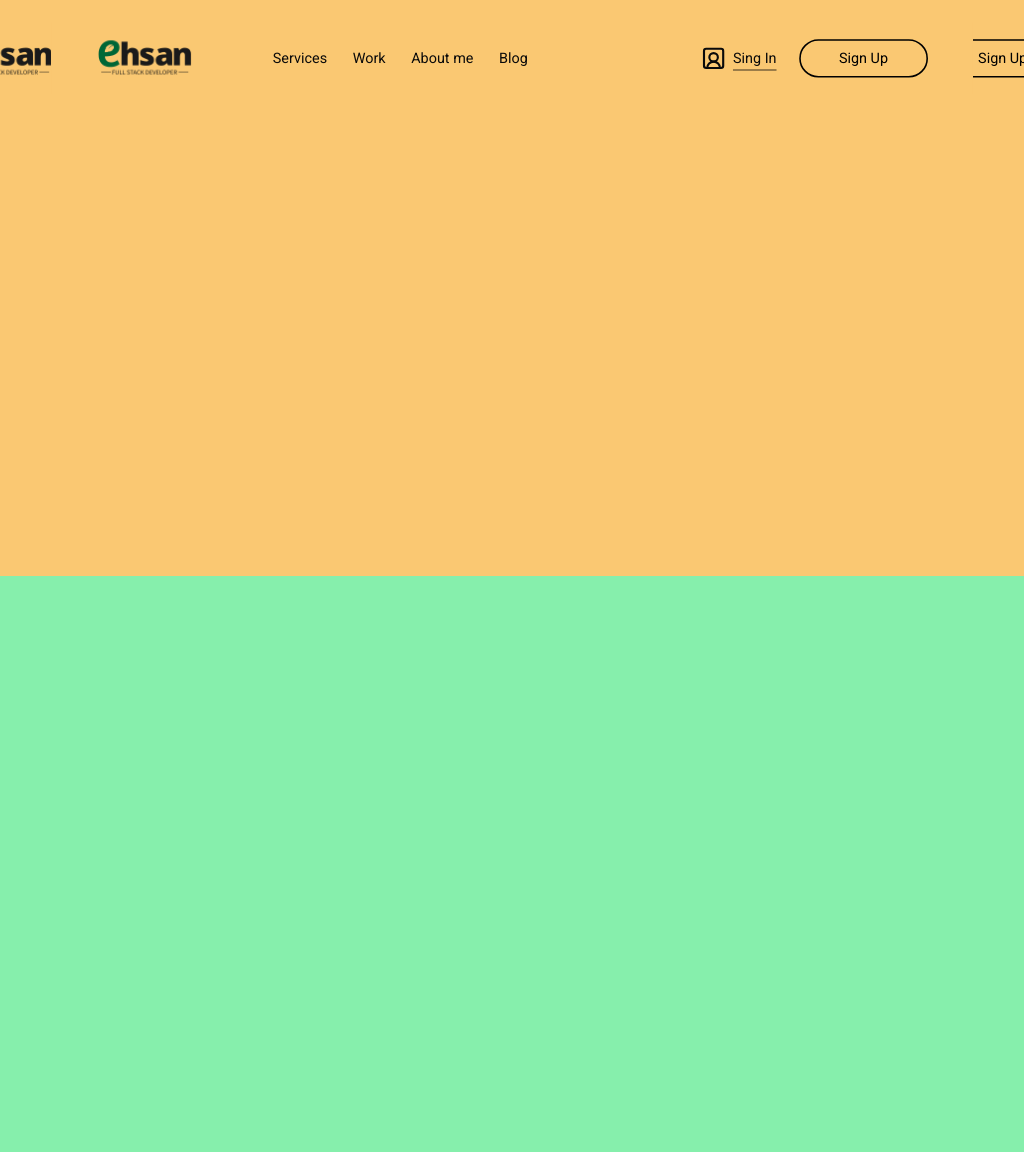
Repository: FrontendProjectsNL/mijn-portfolio-project
Page: /exercise
An editor plug-in stored every save of this project. The page is shown before and after the next save, followed by the edit.
The browser window is 1280 px wide. The pictures show the whole page, at 80% of full size.
The project was rebuilt for these pictures with package versions that can differ from the ones it lists, and the page was loaded fresh each time. The framework's server and built-in components were replaced by stand-ins that run in the browser. Also part of the build but not shown: next.config.mjs.

Above is the page before, as saved 2024-10-27 13:12:32.

### app/layout.tsx
import type { Metadata } from 'next';
import localFont from 'next/font/local';

import { Roboto, Fira_Code, HelveticaNowDisplay } from 'next/font/google';

import './globals.css';
import Header from './components/Header';
import Container from './components/Container';

// const geistSans = localFont({
//   src: './fonts/GeistVF.woff',
//   variable: '--font-geist-sans',
//   weight: '100 900',
// });
// const geistMono = localFont({
//   src: './fonts/GeistMonoVF.woff',
//   variable: '--font-geist-mono',
//   weight: '100 900',
// });

const roboto = Roboto({
  subsets: ['latin'],
  weight: ['300', '400', '500', '700'],
  variable: '--font-roboto',
});

const firaCode = Fira_Code({
  subsets: ['latin'],
  weight: ['300', '400', '500', '700'],
  variable: '--font-fira-code',
});

export const metadata: Metadata = {
  title: 'Create Next App',
  description: 'Generated by create next app',
};

export default function RootLayout({
  children,
}: Readonly<{
  children: React.ReactNode;
}>) {
  return (
    <html lang="en">
      <body className={`${roboto.variable} ${firaCode.variable}  antialiased `}>
        <Container>
          <Header />
          {children}
        </Container>
      </body>
    </html>
  );
}

### app/exercise/page.tsx
'use client';

import Image from 'next/image';
import Link from 'next/link';
import { useEffect, useState } from 'react';
import logo from '/public/EhsanLogo-transparent.png';
import { Button } from '@/components/ui/button';
import { CircleUser, SquareUserRound, User } from 'lucide-react';

interface PageProps {}

const Page: React.FC<PageProps> = () => {
  const [isShrunk, setIsShrunk] = useState<boolean>(false);

  useEffect(() => {
    const handleScroll = () => {
      if (window.scrollY > 70) {
        setIsShrunk(true);
      } else {
        setIsShrunk(false);
      }
    };

    window.addEventListener('scroll', handleScroll);

    return () => {
      window.removeEventListener('scroll', handleScroll);
    };
  }, []);

  return (
    // <div className="max-w-8xl w-full font-roboto mx-auto">
    <div className="">
      <nav
        className={`px-14 fixed transition-all duration-300 ease-linear bg-[#FAC872] flex justify-between items-center ${
          isShrunk
            ? 'h-[75px] w-[70%] rounded-3xl mx-auto top-5'
            : 'h-[90px] w-[90%] opacity-100 top-7'
        }`}
        style={{
          left: '50%',
          transform: 'translateX(-50%)', // Center horizontally
        }}
      >
        <div className="flex items-center ">
          <Link href={'/'} className="font-medium text-lg mr-20">
            <Image src={logo} width={125} height={50} />
          </Link>
          <ul className="flex">
            <li>
              <Link href="" className="px-4 py-2 cursor text-lg  font-roboto">
                Services
              </Link>
            </li>
            <li>
              <Link href="" className="px-4 py-2 cursor text-lg  font-roboto">
                Work
              </Link>
            </li>
            <li>
              <Link href="" className="px-4 py-2 cursor text-lg font-roboto">
                About me
              </Link>
            </li>
            <li>
              <Link href="" className="px-4 py-2 cursor text-lg font-roboto">
                Blog
              </Link>
            </li>
          </ul>
        </div>
        <div className="flex items-center gap-3">
          <Link
            href={'/'}
            className="flex items-center gap-2 text-lg  font-roboto mr-4 underline underline-offset-8"
          >
            <SquareUserRound className="w-8 h-8 transition-transform duration-300 ease-in-out hover:scale-125 font-normal" />
            {/* <CircleUser className="w-8 h-8 transition-transform duration-300 ease-in-out hover:scale-125" /> */}

            {/* <User className="w-8 h-8 transition-transform duration-300 ease-in-out hover:scale-125" /> */}
            <span className="relative transform duration-700 group-hover:-translate-x-3">
              Sing In
            </span>
          </Link>

          <button className="font-roboto group relative inline-flex items-center overflow-hidden rounded-full border-2 border-black px-12 py-2 text-lg text-black hover:bg-gray-50 hover:text-white">
            <span className="duration-400 ease absolute left-0 top-1/2 block h-0 w-full bg-[#f27d4b] opacity-100 transition-all group-hover:top-0 group-hover:h-full"></span>
            <span className="ease absolute right-0 flex h-10 w-10 translate-x-full transform items-center justify-start duration-500 group-hover:-translate-x-2">
              <svg
                className="h-5 w-5"
                fill="none"
                stroke="currentColor"
                viewBox="0 0 24 24"
                xmlns="http://www.w3.org/2000/svg"
              >
                <path
                  stroke-linecap="round"
                  stroke-linejoin="round"
                  stroke-width="2"
                  d="M14 5l7 7m0 0l-7 7m7-7H3"
                ></path>
              </svg>
            </span>
            <span className="relative transform duration-700 group-hover:-translate-x-3">
              Sign Up
            </span>
          </button>
        </div>
      </nav>

      <section className="w-full h-screen bg-[#FAC872]"></section>
      <section className="w-full h-screen bg-green-300"></section>
    </div>
  );
};

export default Page;

### app/globals.css
@tailwind base;
@tailwind components;
@tailwind utilities;

body {
  font-family: Arial, Helvetica, sans-serif;
}

@layer utilities {
  .text-balance {
    text-wrap: balance;
  }
}

@layer base {
  :root {
    --background: 0 0% 100%;
    --foreground: 0 0% 3.9%;
    --card: 0 0% 100%;
    --card-foreground: 0 0% 3.9%;
    --popover: 0 0% 100%;
    --popover-foreground: 0 0% 3.9%;
    --primary: 0 0% 9%;
    --primary-foreground: 0 0% 98%;
    --secondary: 0 0% 96.1%;
    --secondary-foreground: 0 0% 9%;
    --muted: 0 0% 96.1%;
    --muted-foreground: 0 0% 45.1%;
    --accent: 0 0% 96.1%;
    --accent-foreground: 0 0% 9%;
    --destructive: 0 84.2% 60.2%;
    --destructive-foreground: 0 0% 98%;
    --border: 0 0% 89.8%;
    --input: 0 0% 89.8%;
    --ring: 0 0% 3.9%;
    --chart-1: 12 76% 61%;
    --chart-2: 173 58% 39%;
    --chart-3: 197 37% 24%;
    --chart-4: 43 74% 66%;
    --chart-5: 27 87% 67%;
    --radius: 0.5rem;
  }
  .dark {
    --background: 0 0% 3.9%;
    --foreground: 0 0% 98%;
    --card: 0 0% 3.9%;
    --card-foreground: 0 0% 98%;
    --popover: 0 0% 3.9%;
    --popover-foreground: 0 0% 98%;
    --primary: 0 0% 98%;
    --primary-foreground: 0 0% 9%;
    --secondary: 0 0% 14.9%;
    --secondary-foreground: 0 0% 98%;
    --muted: 0 0% 14.9%;
    --muted-foreground: 0 0% 63.9%;
    --accent: 0 0% 14.9%;
    --accent-foreground: 0 0% 98%;
    --destructive: 0 62.8% 30.6%;
    --destructive-foreground: 0 0% 98%;
    --border: 0 0% 14.9%;
    --input: 0 0% 14.9%;
    --ring: 0 0% 83.1%;
    --chart-1: 220 70% 50%;
    --chart-2: 160 60% 45%;
    --chart-3: 30 80% 55%;
    --chart-4: 280 65% 60%;
    --chart-5: 340 75% 55%;
  }
}

@layer base {
  * {
    @apply border-border;
  }
  body {
    @apply bg-background text-foreground;
  }
}

@keyframes fill-up {
  0% {
    background-position: 0 100%;
  }
  100% {
    background-position: 0 0;
  }
}

### app/components/Header.tsx
'use client';

import Image from 'next/image';
import Link from 'next/link';
import { useEffect, useState } from 'react';
import logo from '/public/EhsanLogo-transparent.png';
import { CircleUser, SquareUserRound, User } from 'lucide-react';

const Header = () => {
  const [isShrunk, setIsShrunk] = useState<boolean>(false);

  useEffect(() => {
    const handleScroll = () => {
      if (window.scrollY > 70) {
        setIsShrunk(true);
      } else {
        setIsShrunk(false);
      }
    };

    window.addEventListener('scroll', handleScroll);

    return () => {
      window.removeEventListener('scroll', handleScroll);
    };
  }, []);

  return (
    <nav
      className={`px-14 fixed transition-all duration-300 ease-linear bg-[#FAC872] flex justify-between items-center ${
        isShrunk
          ? 'h-[75px] w-[70%] rounded-3xl mx-auto top-5'
          : 'h-[90px] w-[1500px] opacity-100 top-7'
      }`}
      style={{
        left: '50%',
        transform: 'translateX(-50%)', // Center horizontally
      }}
    >
      <div className="flex items-center ">
        <Link href={'/'} className="font-medium text-lg mr-20">
          <Image src={logo} width={125} height={50} />
        </Link>
        <ul className="flex">
          <li>
            <Link href="" className="px-4 py-2 cursor text-lg  font-roboto">
              Services
            </Link>
          </li>
          <li>
            <Link href="" className="px-4 py-2 cursor text-lg  font-roboto">
              Work
            </Link>
          </li>
          <li>
            <Link href="" className="px-4 py-2 cursor text-lg font-roboto">
              About me
            </Link>
          </li>
          <li>
            <Link href="" className="px-4 py-2 cursor text-lg font-roboto">
              Blog
            </Link>
          </li>
        </ul>
      </div>
      <div className="flex items-center gap-3">
        <Link
          href={'/'}
          className="flex items-center gap-2 text-lg  font-roboto mr-4 underline underline-offset-8"
        >
          <SquareUserRound className="w-8 h-8 transition-transform duration-300 ease-in-out hover:scale-125 font-normal" />
          {/* <CircleUser className="w-8 h-8 transition-transform duration-300 ease-in-out hover:scale-125" /> */}

          {/* <User className="w-8 h-8 transition-transform duration-300 ease-in-out hover:scale-125" /> */}
          <span className="relative transform duration-700 group-hover:-translate-x-3">
            Sing In
          </span>
        </Link>

        <button className="font-roboto group relative inline-flex items-center overflow-hidden rounded-full border-2 border-black px-12 py-2 text-lg text-black hover:bg-gray-50 hover:text-white">
          <span className="duration-400 ease absolute left-0 top-1/2 block h-0 w-full bg-[#f27d4b] opacity-100 transition-all group-hover:top-0 group-hover:h-full"></span>
          <span className="ease absolute right-0 flex h-10 w-10 translate-x-full transform items-center justify-start duration-500 group-hover:-translate-x-2">
            <svg
              className="h-5 w-5"
              fill="none"
              stroke="currentColor"
              viewBox="0 0 24 24"
              xmlns="http://www.w3.org/2000/svg"
            >
              <path
                stroke-linecap="round"
                stroke-linejoin="round"
                stroke-width="2"
                d="M14 5l7 7m0 0l-7 7m7-7H3"
              ></path>
            </svg>
          </span>
          <span className="relative transform duration-700 group-hover:-translate-x-3">
            Sign Up
          </span>
        </button>
      </div>
    </nav>
  );
};

export default Header;

### app/components/Container.tsx
interface ContainerProps {
  children: React.ReactNode;
}

const Container: React.FC<ContainerProps> = ({ children }) => {
  return <div className="relative max-w-[1500px] mx-auto">{children}</div>;
};

export default Container;

### tailwind.config.ts
import { Roboto } from 'next/font/google';
import type { Config } from 'tailwindcss';

const config: Config = {
  darkMode: ['class'],
  content: [
    './pages/**/*.{js,ts,jsx,tsx,mdx}',
    './components/**/*.{js,ts,jsx,tsx,mdx}',
    './app/**/*.{js,ts,jsx,tsx,mdx}',
  ],

  theme: {
    extend: {
      // You can define custom animations here
      // keyframes: {
      //   slideKeyframe: {
      //     '0%': { transform: 'translateX(0)' },
      //     '100%': { transform: 'translateX(100%)' },
      //   },
      // },
      // animation: {
      //   slideAnimation: 'slideKeyframe 0.5s ease-in-out',
      // },
      fontFamily: {
        roboto: ['var(--font-roboto)', 'sans-serif'],
        firaCode: ['var(--font-fira-code)', 'monospace'],
      },
      colors: {
        background: 'hsl(var(--background))',
        foreground: 'hsl(var(--foreground))',
        card: {
          DEFAULT: 'hsl(var(--card))',
          foreground: 'hsl(var(--card-foreground))',
        },
        popover: {
          DEFAULT: 'hsl(var(--popover))',
          foreground: 'hsl(var(--popover-foreground))',
        },
        primary: {
          DEFAULT: 'hsl(var(--primary))',
          foreground: 'hsl(var(--primary-foreground))',
        },
        secondary: {
          DEFAULT: 'hsl(var(--secondary))',
          foreground: 'hsl(var(--secondary-foreground))',
        },
        muted: {
          DEFAULT: 'hsl(var(--muted))',
          foreground: 'hsl(var(--muted-foreground))',
        },
        accent: {
          DEFAULT: 'hsl(var(--accent))',
          foreground: 'hsl(var(--accent-foreground))',
        },
        destructive: {
          DEFAULT: 'hsl(var(--destructive))',
          foreground: 'hsl(var(--destructive-foreground))',
        },
        border: 'hsl(var(--border))',
        input: 'hsl(var(--input))',
        ring: 'hsl(var(--ring))',
        chart: {
          '1': 'hsl(var(--chart-1))',
          '2': 'hsl(var(--chart-2))',
          '3': 'hsl(var(--chart-3))',
          '4': 'hsl(var(--chart-4))',
          '5': 'hsl(var(--chart-5))',
        },
      },
      borderRadius: {
        lg: 'var(--radius)',
        md: 'calc(var(--radius) - 2px)',
        sm: 'calc(var(--radius) - 4px)',
      },
    },
  },
  plugins: [require('tailwindcss-animate')],
};
export default config;

After the next save:
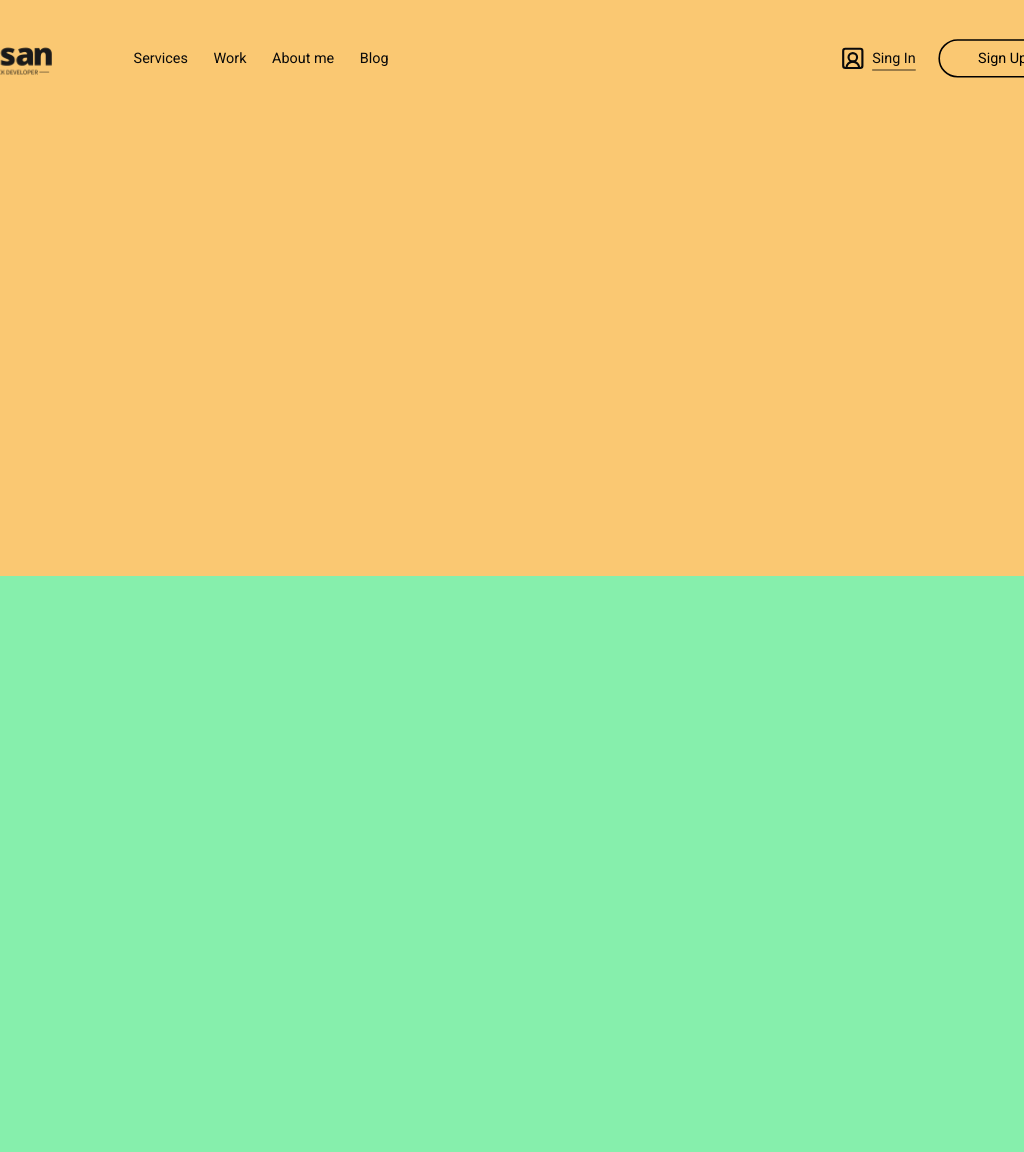
Saved 36 s later.
--- a/app/components/Header.tsx
+++ b/app/components/Header.tsx
@@ -27,7 +27,7 @@ const Header = () => {
 
   return (
     <nav
-      className={`px-14 fixed transition-all duration-300 ease-linear bg-[#FAC872] flex justify-between items-center ${
+      className={` z-50 px-14 fixed transition-all duration-300 ease-linear bg-[#FAC872] flex justify-between items-center ${
         isShrunk
           ? 'h-[75px] w-[70%] rounded-3xl mx-auto top-5'
           : 'h-[90px] w-[1500px] opacity-100 top-7'
